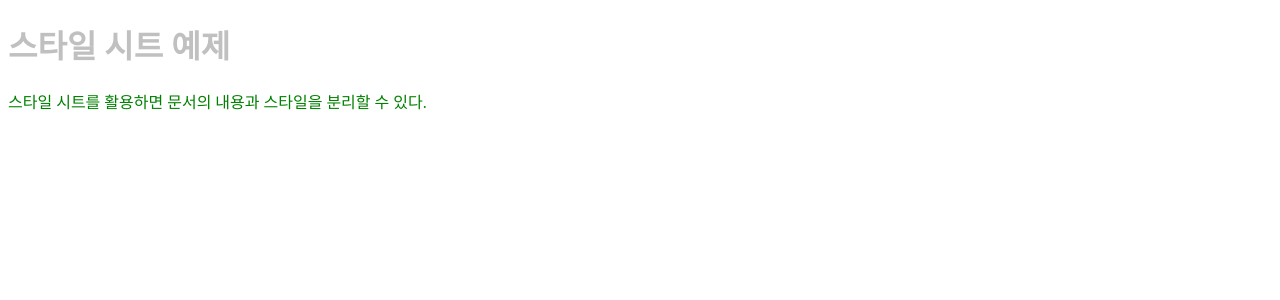
Repository: KimHeonSeung/TJE_HTML
Page: sources/day_02/WebContent/style_01.html
An editor plug-in stored every save of this project. The page is shown before and after the next save, followed by the edit.
The browser window is 1280 px wide. The pictures show the whole page.

Above is the page before, as saved 2019-05-13 07:26:20.

After the next save:
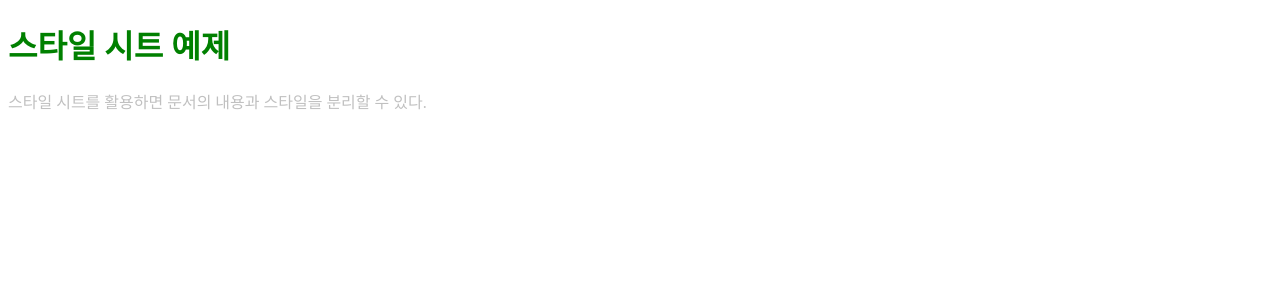
Saved 10 s later.
--- a/sources/day_02/WebContent/style_01.html
+++ b/sources/day_02/WebContent/style_01.html
@@ -6,11 +6,11 @@
 
 <style type = "text/css">
 	*{
-		color : silver;
+		color : green;
 	}
 
 	p{
-		color : green;
+		color : silver;
 	}
 </style>
 
